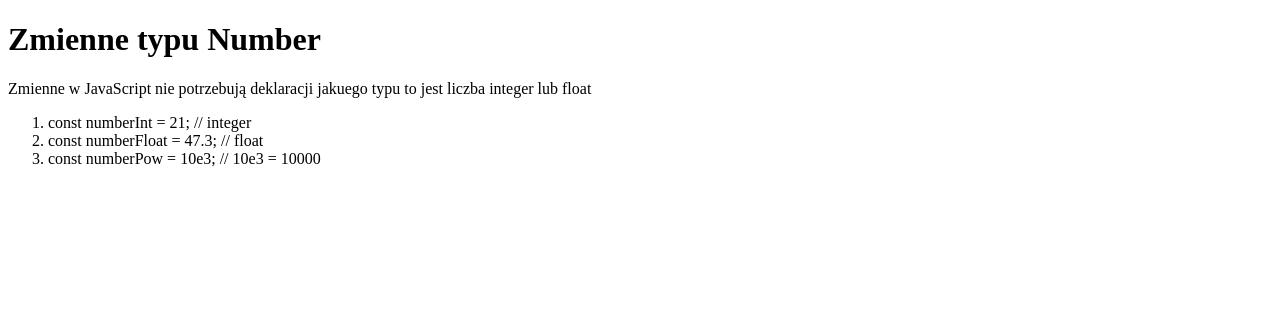
Repository: romanstetsiuk1/JS_learn
Page: number.html
The author's editor kept a copy of each file at every save. The page is drawn from the files as they stood at one save, then again after the next save.
The browser window is 1280 px wide. The pictures show the whole page.

Above is the page before, as saved 2020-08-12 19:33:58.

### number.html
<!DOCTYPE html>
<html lang="en, pl">
<head>
  <meta charset="UTF-8">
  <title>Number variables</title>
</head>
<body>

  <main>
    <h1>Zmienne typu Number</h1>

    <article>
      <p>Zmienne w JavaScript nie potrzebują deklaracji jakuego typu to jest liczba integer lub float</p>
      <div class="vsCode">
        <ol>
          <li>const numberInt = 21;       // integer</li>
          <li>const numberFloat = 47.3;   // float</li>
          <li>const numberPow = 10e3;     // 10e3 = 10000</li>
        </ol>
      </div>
    </article>

  </main>

</body>
</html>

After the next save:
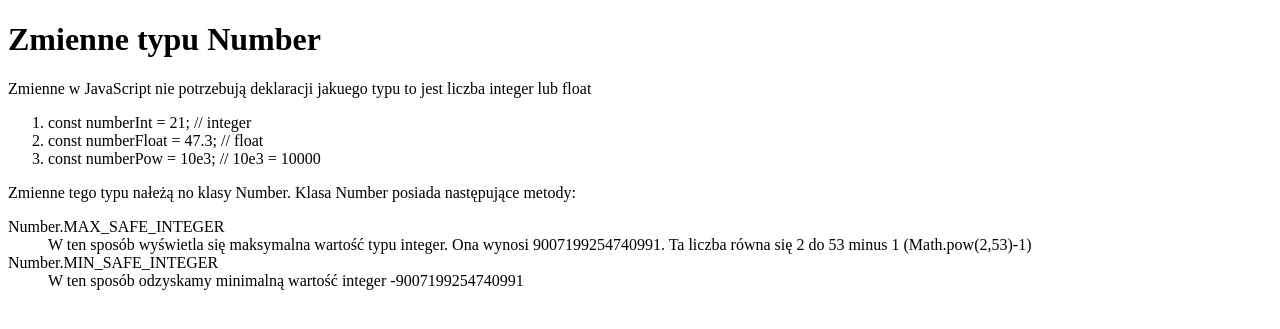
Saved 21 min 25 s later.
--- a/number.html
+++ b/number.html
@@ -20,6 +20,21 @@
       </div>
     </article>
 
+    <article>
+      <p>Zmienne tego typu nałeżą no klasy Number.
+        Klasa Number posiada następujące metody:
+      </p>
+      <dl>
+        <dt>Number.MAX_SAFE_INTEGER</dt>
+        <dd>W ten sposób wyświetla się maksymalna wartość typu integer.
+          Ona wynosi 9007199254740991. Ta liczba równa się 2 do 53 minus 1 (Math.pow(2,53)-1)
+        </dd>
+        <dt>Number.MIN_SAFE_INTEGER</dt>
+        <dd>W ten sposób odzyskamy minimalną wartość integer -9007199254740991</dd>
+
+      </dl>
+    </article>
+
   </main>
 
 </body>
